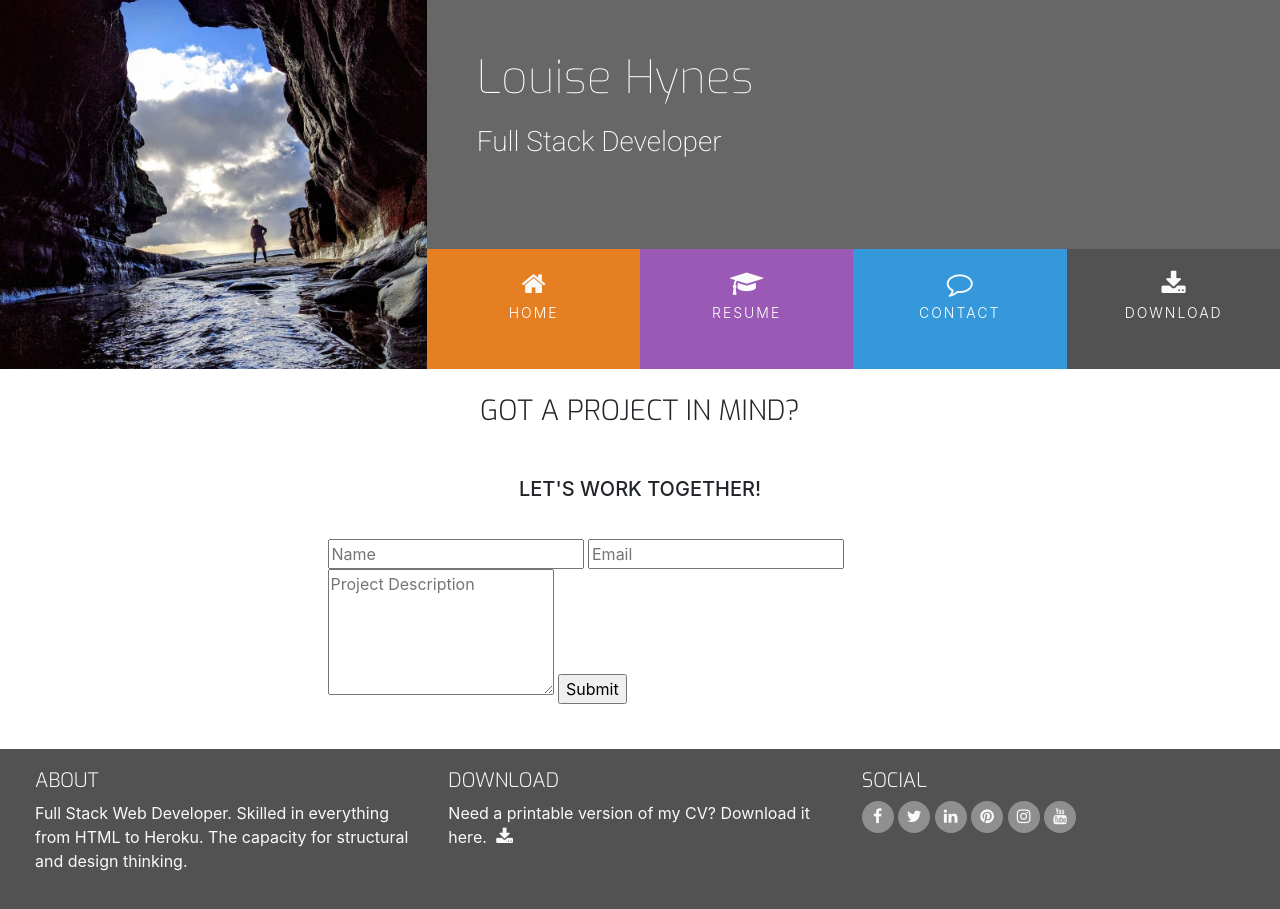
Repository: lhynes/Mini-Project-Resume
Page: contact.html
The author's editor kept a record of every edit. The page is drawn from the files as they stood at one moment, then again after the next edit.
The browser window is 1280 px wide. The pictures show the whole page.

Above is the page before.

### contact.html
<!DOCTYPE html>
<html lang="en">

<head>
    <meta charset="UTF-8">
    <meta name="viewport" content="width=device-width, initial-scale=1.0">
    <meta http-equiv="X-UA-Compatible" content="ie=edge">
    <!--access exrtenal links - bootstrap cdn - https://www.bootstrapcdn.com/-->
    <link rel="stylesheet" href="https://stackpath.bootstrapcdn.com/bootstrap/4.3.1/css/bootstrap.min.css" type="text/css" />
    <!--access exrtenal links - fontAwesome cdn - https://www.bootstrapcdn.com/-->
    <link rel="stylesheet" href="https://stackpath.bootstrapcdn.com/font-awesome/4.7.0/css/font-awesome.min.css" type="text/css" />
    <link rel="stylesheet" href="assets/css/style.css" type="text/css" />
    <link rel="stylesheet" href="https://cdnjs.cloudflare.com/ajax/libs/hover.css/2.3.1/css/hover-min.css" type="text/css" />
    <title>Louise</title>
</head>

<body>
    <header>
        <div class="row no-gutters">
            <a class="col-md-4 logo" href="index.html"></a>
            <div class="col-md-8">
                <div class="row no-gutters bg-color-name-title">
                    <div class="col heading">
                        <h1 class="name">Louise Hynes</h1>
                        <h2 class="title">Full Stack Developer</h2>
                    </div>
                </div>
                <div class="row no-gutters">
                    <div class="col">
                        <ul id="nav" class="list-inline menucontainer">
                            <li class="col-6 col-sm-3 ui-menu-color-home list-inline-item menuitem">
                                <a href="#" class="hvr-sweep-to-bottom"><i class="fa fa-home" aria-hidden="true"></i><span>Home</span></a>
                            </li>

                            <li class="col-6 col-sm-3 ui-menu-color-resume list-inline-item menuitem">
                                <a href="#" class="hvr-sweep-to-bottom"><i class="fa fa-graduation-cap" aria-hidden="true"></i><span>Resume</span></a>
                            </li>

                            <li class="col-6 col-sm-3 ui-menu-color-contact list-inline-item menuitem">
                                <a href="#" class="hvr-sweep-to-bottom"><i class="fa fa-comment-o" aria-hidden="true"></i><span>Contact</span></a>
                            </li>
                            <li class="col-6 col-sm-3 ui-menu-color-download list-inline-item menuitem">
                                <a href="#" class="hvr-sweep-to-bottom"><i class="fa fa-download" aria-hidden="true"></i><span>Download</span></a>
                            </li>
                        </ul>
                    </div>
                </div>

            </div>


    </header>
    <section class="container-fluid">
        <div class="row bg-color-contact">
            <div class="col">
                <h3 class="contact-heading uppercase text-center">Got a project in mind?</h3>
                <h5 class="uppercase text-center">Let's work together!</h5>


                <div class="center-form">
                    <form>
                        <input type="text" name="name" id="fullname" class="form-controm" placeholder="Name" required/>
                         <input type="email" name="email" id="email" class="form-controm" placeholder="Email" required/>
                         <textarea rows="5" name="projectsummary" id="projectsummary" class="form-controm" placeholder="Project Description" required></textarea>


                        <input type="submit" value="Submit"/>
                    </form>
                </div>
            </div>
        </div>

    </section>
    <footer class="container-fluid">
        <!--full width flexible container-->
        <div id="footer-details" class="row">
            <div class="col-sm-4">
                <h5 class="uppercase general-sub">About</h5>
                <p class="inline-block">
                    Full Stack Web Developer. Skilled in everything from HTML to Heroku. The capacity for structural and design thinking.


                </p>
            </div>
            <div class="col-sm-4">
                <h5 class="uppercase general-sub">Download</h5>
                <p class="inline-block">
                    Need a printable version of my CV? Download it here.
                    <a href="#" target="_blank" class="cv-pdf">
                        <!-- _blank used to open in a new tab-->
                        <i class="fa fa-download" aria-hidden="true"></i>
                        <span class="sr-only">Download link.</span>
                    </a>
                </p>
            </div>
            <div class="col-sm-4">
                <h5 class="uppercase general-sub">Social</h5>
                <ul class="list-inline social-links">
                    <li class="list-inline-item"> <!-- every list-inline in boostrap needs a list-inline item-->
                        <a target="_blank" href="#">
                            <i class="fa fa-facebook" aria-hidden="true"></i>
                            <span class="sr-only">Facebook</span>
                        </a>
                    </li>
                    <li class="list-inline-item">
                        <a target="_blank" href="#">
                            <i class="fa fa-twitter" aria-hidden="true"></i>
                            <span class="sr-only">Twitter</span>
                        </a>
                    </li>
                    <li class="list-inline-item">
                        <a target="_blank" href="#">
                            <i class="fa fa-linkedin" aria-hidden="true"></i>
                            <span class="sr-only">LinkedIn</span>
                        </a>
                    </li>
                    <li class="list-inline-item">
                        <a target="_blank" href="#">
                            <i class="fa fa-pinterest" aria-hidden="true"></i>
                            <span class="sr-only">Pinterest</span>
                        </a>
                    </li>
                    <li class="list-inline-item">
                        <a target="_blank" href="#">
                            <i class="fa fa-instagram" aria-hidden="true"></i>
                            <span class="sr-only">Instagram</span>
                        </a>
                    </li>
                    <li class="list-inline-item">
                        <a target="_blank" href="#">
                            <i class="fa fa-youtube" aria-hidden="true"></i>
                            <span class="sr-only">YouTube</span>
                        </a>
                    </li>
                </ul>
            </div>

        </div>

    </footer>
</body>

</html>

### assets/css/style.css
@import url('https://fonts.googleapis.com/css?family=Roboto:100,200,300,400,500,600,700|Exo:100,200,300,400,500,600,700');

/*-----------------------------------Colours */

.bg-color-name-title {
    background-color: #676767;
    color: #ffffff;
}

.bg-color-three-reasons {
    background-color: #fff;

}

.bg-color-personal-info {
    background-color: #f4f4f4;
}

.bg-color-work-history {
    background-color: #9b59b6
}

.bg-color-contact {
    background-color: #ffffff
}

.ui-menu-color-home {
    background-color: #e67e22
}

.ui-menu-color-resume {
    background-color: #9b59b6
}

.ui-menu-color-contact {
    background-color: #3498db
}

.ui-menu-color-download {
    background-color: #525252
}



/*-----------------------------------Special paddings/margins/text - General CSS area used more than once through out the site */

.uppercase {
    text-transform: uppercase;
}

.general-sub {
    font-family: "Exo", sans-serif;
    font-weight: 300;
    color: #fafafa;

}

h1,
h2,
h3,
h4 {
    margin: 0;
}

.inline-block {
    display: inline-block;

}

.row-table {
    display: table;

}

.section-column {
    display: table-cell;
    padding: 0 30px 30px;
    float: none;
}

.history-heading,
.section-heading {
    font-family: "Exo", sans-serif;
    font-weight: 300;
    margin-top: 25px;
    margin-bottom: 40px;
}


/*-----------------------------------Heading */

header {
    margin: 0;
}

.heading {
    margin-left: 50px;
}

.logo {
    background: url("../images/louise.jpg");
    background-position: center;
    background-repeat: no-repeat;
    background-size: cover;
    min-height: 360px;
    transition: all .5s ease-in-out;
    -moz-transition: all .5s ease-in-out;
    -webkit-transition: all .5s ease-in-out;
}

.name {
    font-family: "Exo", sans-seriif;
    font-weight: 100;
    font-size: 46px;
    margin-top: 50px;
    color: #ffffff;
}

.title {
    font-family: "Roboto", sans-seriif;
    font-weight: 200;
    font-size: 28px;
    margin-top: 20px;
    margin-bottom: 90px;
    color: #ffffff;
}

.list-inline-item:not(:last-child) {
    margin: 0;
}

.menucontainer {
    font-size: 0;
}


#nav {
    margin: 0;
}

#nav li {
    font-size: 14px;
    padding: 0;
}

.menuitem {
    height: 120px;
    /*profile image is 360 in total*/
    text-align: center;
    padding: 0;
}

.menuitem a {
    width: 100%;
    color: #ffffff;
    text-decoration: none;
    height: 120px;
}

.menuitem a i {
    padding-top: 22px;
    display: block;
    color: #fafafa;
    font-size: 26px;
}

.menuitem span {
    display: block;
    width: 100%;
    padding-top: 5px;
    text-align: center;
    text-transform: uppercase;
    font-size: 14px;
    font-weight: 300;
    letter-spacing: 2px;
}




/*-----------------------------------Hover.css */

/*background color is set in the before*/

.hvr-sweep-to-bottom:before {
    background: rgba(0, 0, 0, 0.2) !important;
    height: 120px;
}


/*-----------------------------------Footer styles */

footer {
    background-color: #525252;
    color: #fafafa;
    min-height: 120px;
    margin: 0;
}


.cv-pdf i {
    font-size: 18px;
    color: #fafafa;
    text-align: center;
    padding-left: 5px;
    transition: all 0.35s ease-in-out;
    /* put in parent element*/
    -moz-transition: all 0.35s ease-in-out;
    -webkit-transition: all 0.35s ease-in-out;
    -o-transition: all 0.35s ease-in-out;
}

.cv-pdf i:hover {
    color: #e84610;
}


.social-links {
    padding-bottom: 15px;
}

.social-links li a i {
    width: 32px;
    height: 32px;
    padding: 12px 0;
    border-radius: 50%;
    line-height: 7px;
    text-align: center;
    color: #fafafa;
    background: #8f8f8f;
    -moz-transition: all 0.35s ease-in-out;
    -webkit-transition: all 0.35s ease-in-out;
    -o-transition: all 0.35s ease-in-out;
}

.social-links li a i:hover {
    background-color: #e84610;
}

#footer-details {
    padding: 20px;
}


/*-----------------------------------Three Resons Css */

.three-reasons-icon {
    font-size: 26px;
    color: #e67e22;
}

.three-reasons-heading {
    margin-bottom: 15px;
}


/*-----------------------------------Presonal Info*/

.personal-info-item {
    margin-bottom: 20px;
    display: block;
    clear: both;
}

/*style keys, values, paragraphs*/

.personal-info-item .key,
.personal-info-item .value {
    padding-right: 8px;
    display: inline-block;

}

.personal-info-item .key p,
.personal-info-item .value p {
    margin: 0;
}

.personal-info-item .key {
    width: 30%;
    margin-right: 21px;
    padding-top: 2px;
    vertical-align: top;
}


.personal-info-item .key p {
    font-weight: 700;
}

.personal-info-item .value {
    position: relative;
    /*relative to predacessor*/
    width: 60%;
}

/*-----------------------------------Skills*/

.progress {
    position: relative;
    height: 25px;
    margin-bottom: 4px;
}

.progress-type {
    /* represents the the texrt label on the bar */
    position: absolute;
    left: 0px;
    font-weight: 400;
    padding: 3px 30px 2px 10px;
    color: #fafafa;
    background-color: rgba(25, 25, 25, 0.2)
}

.progress-section {
    margin: 40px 20px;

}


/*-----------------------------------Work History*/

.history-heading {
    color: #fafafa;
    margin-bottom: 50px;
}

.timeline-item {
    padding: 4em 2em 0em 2em;
    position: relative;
    color: #fafafa;
    border-left: 1px solid;
}

.timeline-item p {
    margin: 0;
    padding: 0;
}

.timeline-item:before {
    content: attr(data-dates);
    /*can only use contene tieh the beforer or after pseudo elements*/
    position: absolute;
    left: 2.5em;
    top: 3em;
    display: block;
    font-family: "Exo", sans-seriif;
    font-weight: 500;
    font-size: 0.8em;
    padding: 0;
    margin: 0;

}

.timeline-item:after {
    width: 12px;
    height: 12px;
    display: block;
    top: 2.4em;
    position: absolute;
    left: -6px;
    border-radius: 12px;
    content:'';
    background:#fafafa

}

.history-items{
    margin-bottom:30px;
}


/*-----------------------------------Contact Form*/

.contact-heading{
    font-family: "Exo", sans-serif;
    font-weight: 300;
    margin-top:25px;
    margin-bottom:50px;
}

.center-form{
    padding-top:10px;
    margin:0 auto; /* 0 top and bottom auto on left and right will center it*/
    max-width:70%;
}

button[type="submit"]{
    margin-top:15px;
    margin-bottom: 20px;
    color:#fafafa;
    background-color: #e84610
}




/*-----------------------------------Media Queries*/

@media(min-width:992px){

    .center-form{
    padding-top:30px;
    min-height: 240px;
    margin:0 auto; /* 0 top and bottom auto on left and right will center it*/
    max-width:50%;
}

}

After the next edit:
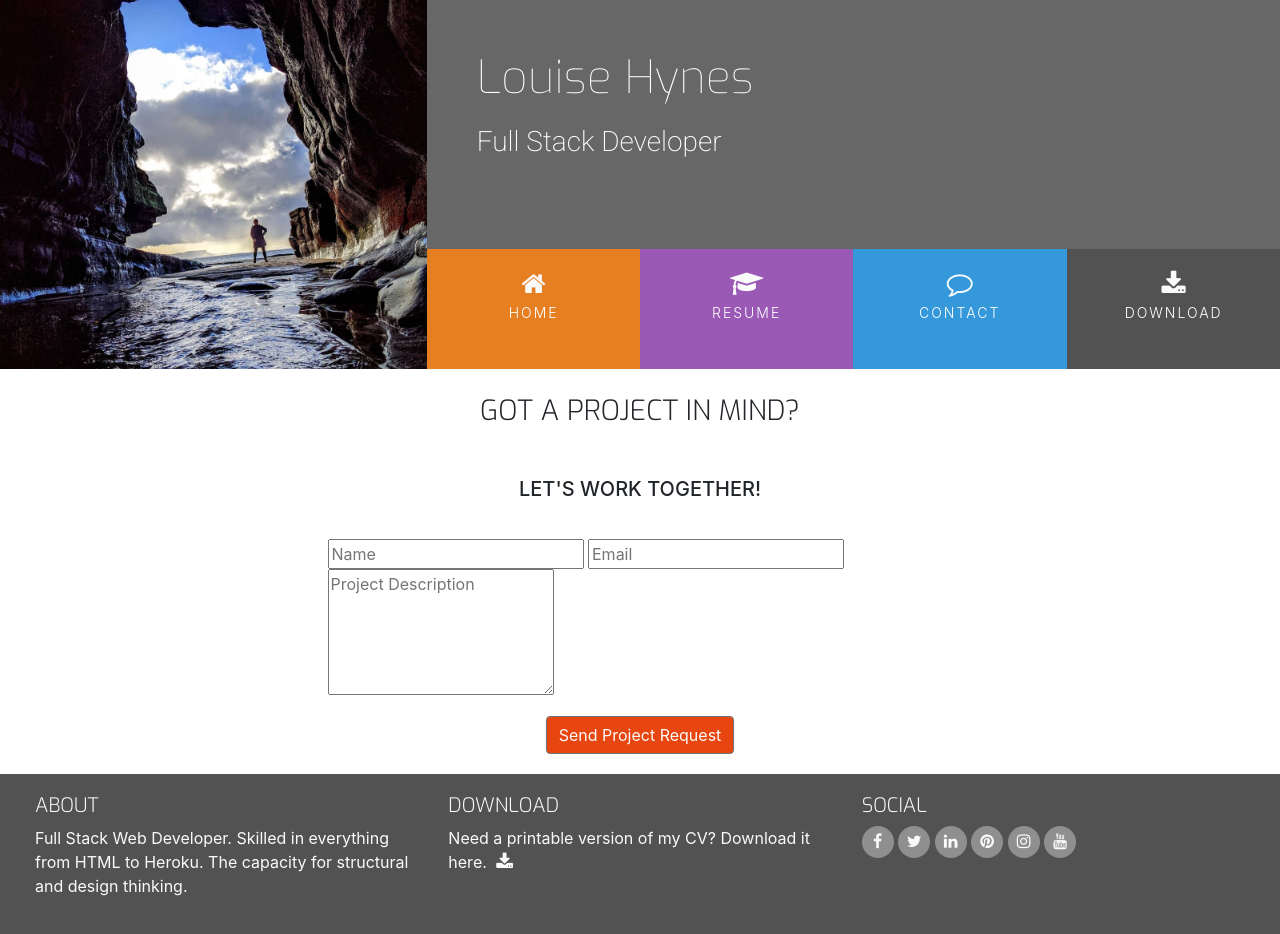
The edit:
--- a/contact.html
+++ b/contact.html
@@ -60,11 +60,16 @@
                 <div class="center-form">
                     <form>
                         <input type="text" name="name" id="fullname" class="form-controm" placeholder="Name" required/>
-                         <input type="email" name="email" id="email" class="form-controm" placeholder="Email" required/>
-                         <textarea rows="5" name="projectsummary" id="projectsummary" class="form-controm" placeholder="Project Description" required></textarea>
+                        <input type="email" name="email" id="email" class="form-controm" placeholder="Email" required/>
+                        <textarea rows="5" name="projectsummary" id="projectsummary" class="form-controm" placeholder="Project Description" required></textarea>
 
+                        <!-- Default button <input type="submit" value="Submit"/> we want to update-->
+                        <div class="form-row text-center">
+                            <div class="col">
+                                <button type="submit" class="btn btn-secondary">Send Project Request</button>
+                            </div>
+                        </div>
 
-                        <input type="submit" value="Submit"/>
                     </form>
                 </div>
             </div>
@@ -96,7 +101,8 @@
             <div class="col-sm-4">
                 <h5 class="uppercase general-sub">Social</h5>
                 <ul class="list-inline social-links">
-                    <li class="list-inline-item"> <!-- every list-inline in boostrap needs a list-inline item-->
+                    <li class="list-inline-item">
+                        <!-- every list-inline in boostrap needs a list-inline item-->
                         <a target="_blank" href="#">
                             <i class="fa fa-facebook" aria-hidden="true"></i>
                             <span class="sr-only">Facebook</span>
